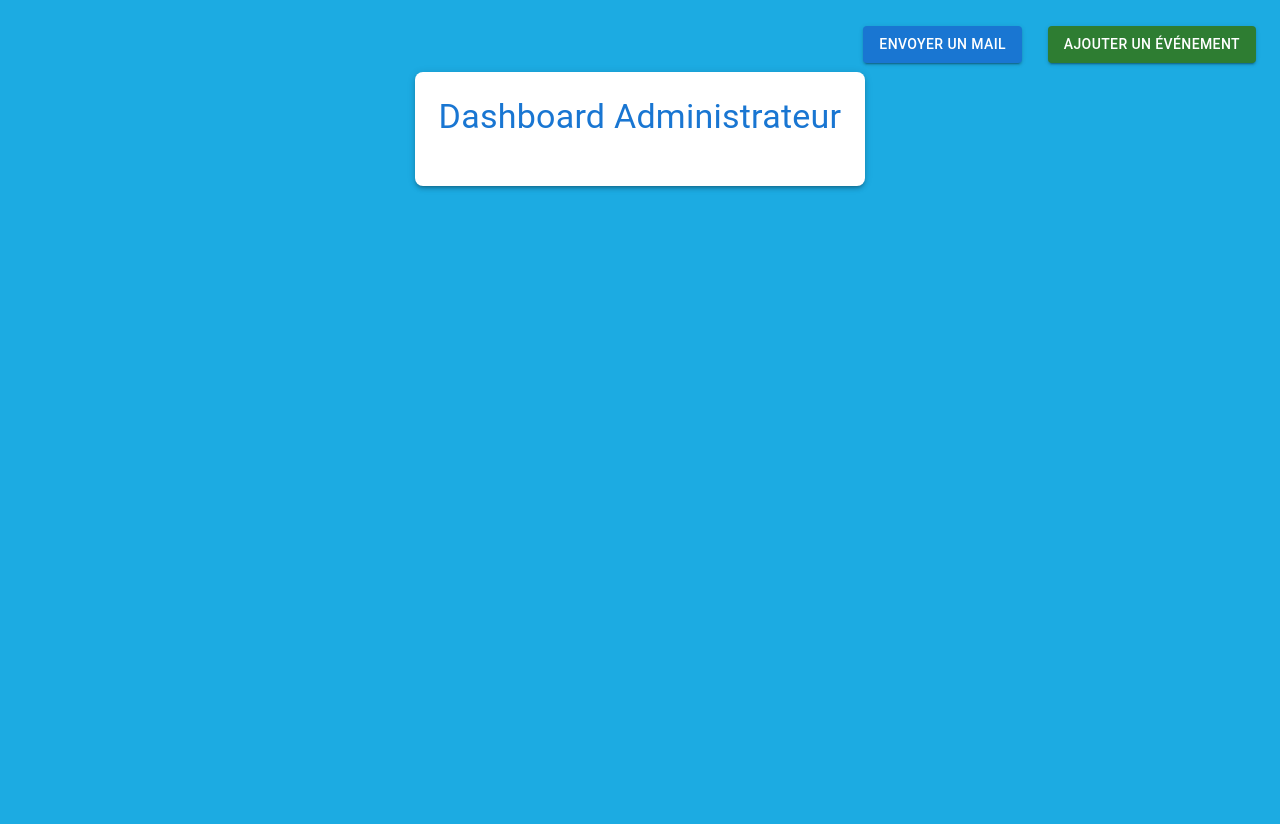
Repository: clement-chn/challenge-48h
Page: /dashboard (app in front/)
The author's editor kept a copy of each file at every save. The page is drawn from the files as they stood at one save, then again after the next save.
The browser window is 1280 px wide. The pictures show the whole page.
The project was rebuilt for these pictures with package versions that can differ from the ones it lists, and the page was loaded fresh each time. Also part of the build but not shown: front/vite.config.js, front/src/Routes/connexion.jsx, front/src/Routes/inscriptions.jsx.

Above is the page before, as saved 2025-04-03 14:05:45.

After the next save:
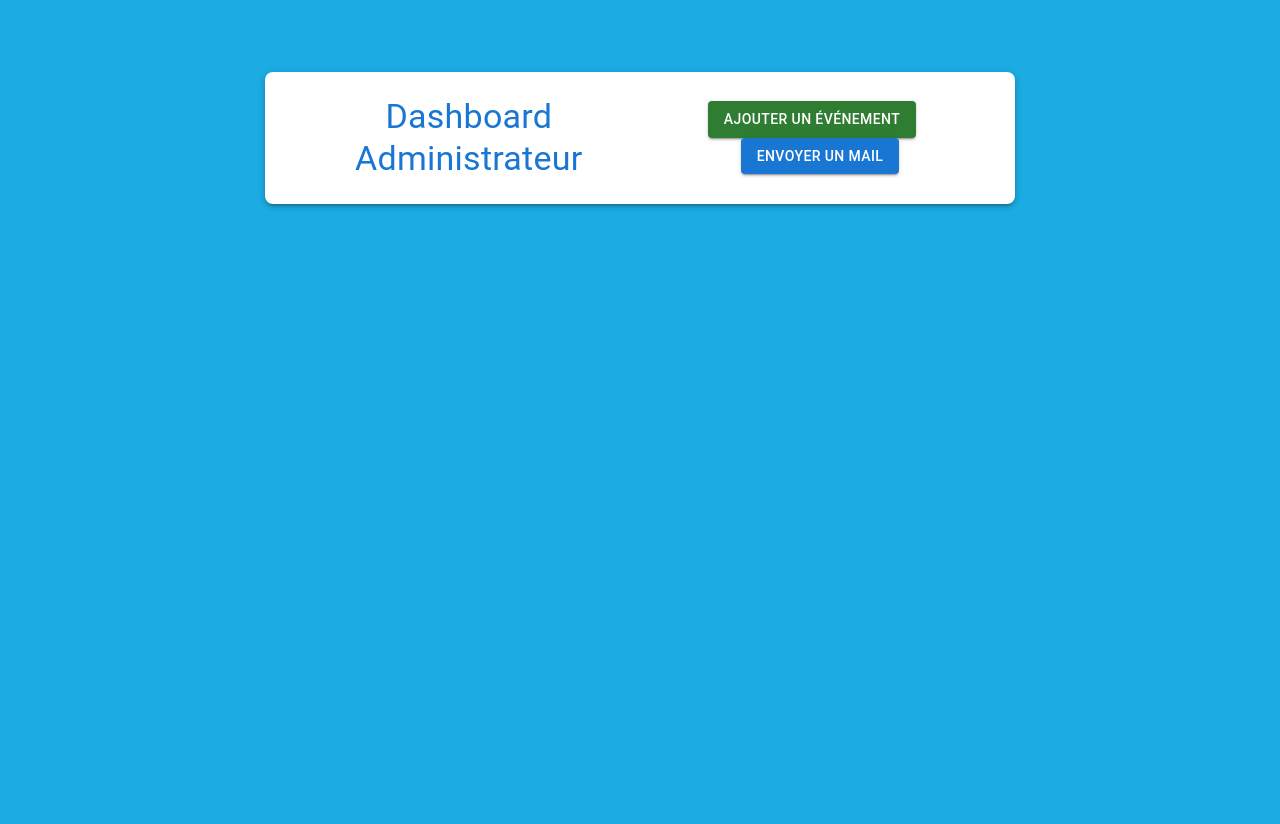
Saved 71 s later.
--- a/front/src/Routes/dashboard.jsx
+++ b/front/src/Routes/dashboard.jsx
@@ -1,47 +1,41 @@
 import React, { useState } from 'react';
-import { Button, Typography, Box, Card, CardContent, IconButton } from '@mui/material';
+import { Box, Card, CardContent, IconButton, Typography, Button } from '@mui/material';
 import EditIcon from '@mui/icons-material/Edit';
 import DeleteIcon from '@mui/icons-material/Delete';
-import ModalCreeEvent from '../Components/ModalCreeEvent'; // Import du composant modal
+import ModalCreeEvent from '../Components/ModalCreeEvent';
+import HeaderSection from '../Components/HeaderSection'; // Import du nouveau composant
 
 const AdminDashboard = () => {
   const [open, setOpen] = useState(false);
-  const [events, setEvents] = useState([]); // Liste des événements
+  const [events, setEvents] = useState([]);
   const [eventData, setEventData] = useState({
     title: '',
     date: '',
     description: '',
   });
+  const [registeredEvents, setRegisteredEvents] = useState([]);
 
-  // Gestion des inscriptions
-  const [registeredEvents, setRegisteredEvents] = useState([]); // Stocke les IDs des événements auxquels l'admin s'est inscrit
-
-  // Ouvrir et fermer la modal
   const handleOpen = () => setOpen(true);
   const handleClose = () => {
     setOpen(false);
-    setEventData({ title: '', date: '', description: '' }); // Réinitialiser le formulaire
+    setEventData({ title: '', date: '', description: '' });
   };
 
-  // Gérer les changements dans le formulaire
   const handleChange = (e) => {
     setEventData({ ...eventData, [e.target.name]: e.target.value });
   };
 
-  // Ajouter un nouvel événement
   const handleSubmit = (e) => {
     e.preventDefault();
-    setEvents([...events, { ...eventData, id: Date.now() }]); // Ajoute l'événement avec un ID unique
+    setEvents([...events, { ...eventData, id: Date.now() }]);
     handleClose();
   };
 
-  // Supprimer un événement
   const handleDelete = (id) => {
     setEvents(events.filter(event => event.id !== id));
-    setRegisteredEvents(registeredEvents.filter(eventId => eventId !== id)); // Retirer l'inscription si l'événement est supprimé
+    setRegisteredEvents(registeredEvents.filter(eventId => eventId !== id));
   };
 
-  // Inscription / Désinscription d'un admin
   const handleRegister = (id) => {
     if (registeredEvents.includes(id)) {
       setRegisteredEvents(registeredEvents.filter(eventId => eventId !== id));
@@ -50,26 +44,15 @@ const AdminDashboard = () => {
     }
   };
 
+  const handleSendMail = () => {
+    alert('Mail envoyé !');
+  };
+
   return (
     <div style={{ backgroundColor: '#1CABE2', minHeight: '100vh' }}> {/* Fond principal */}
-      <Box sx={{ p: 3, backgroundColor: '#ffffff', borderRadius: 2, maxWidth: '90%', margin: 'auto', mt: 5, boxShadow: 3 }}> {/* Deuxième fond */}
-        {/* Bouton Ajouter un événement */}
-        <Box sx={{ position: 'absolute', top: 18, right: 16, borderRadius: 1, p: 1 }}>
-          <Button variant="contained" color="success" onClick={handleOpen}>
-            Ajouter un événement
-          </Button>
-        </Box>
-
-        {/* Bouton Envoyer un mail */}
-        <Box sx={{ position: 'absolute', top: 18, right: 250, borderRadius: 1, p: 1 }}>
-          <Button variant="contained" color="primary" onClick={() => alert('Mail envoyé !')}>
-            Envoyer un mail
-          </Button>
-        </Box>
-
-        <Typography variant="h4" color="primary" sx={{ mb: 3, textAlign: 'center' }}>
-          Dashboard Administrateur
-        </Typography>
+      <Box sx={{ maxWidth: '90%', margin: 'auto', mt: 5 }}>
+        {/* Utilisation du composant HeaderSection */}
+        <HeaderSection onAddEvent={handleOpen} onSendMail={handleSendMail} />
 
         {/* Liste des événements */}
         {events.map((event) => (
@@ -83,7 +66,6 @@ const AdminDashboard = () => {
                 {event.description}
               </Typography>
             </CardContent>
-            {/* Boutons Modifier, Supprimer, et Inscription */}
             <Box>
               <IconButton color="primary">
                 <EditIcon />
